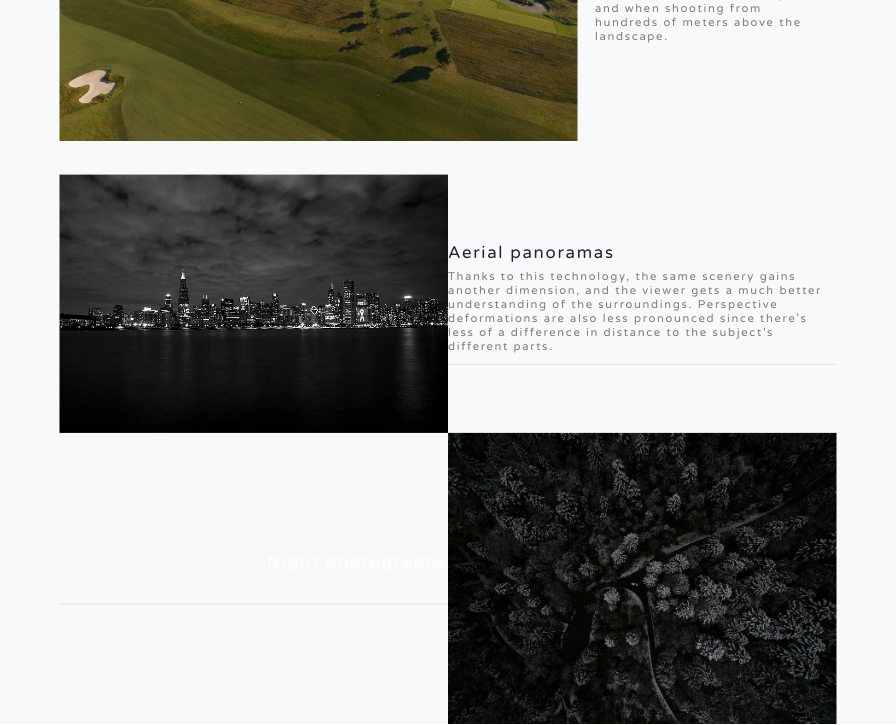
Repository: geoeskel/UCFD-Milestone-Project
Page: index.html
The author's editor kept a record of every edit. The page is drawn from the files as they stood at one moment, then again after the next edit.
The browser window is 1280 px wide. The pictures show the part of the page from y = 2098 to 4018 px (the page is 3133 px tall before and 4339 px after), at 70% of full size.
A picture or video elsewhere on the page could not be fetched, so the positions and the page height are approximate. Some web libraries are served in a nearby version.

Above is the page before.

### index.html
<!DOCTYPE html>
<html lang="en">

<head>
  <meta charset="utf-8">
  <meta name="viewport" content="width=device-width, initial-scale=1, shrink-to-fit=no">
  <title>TG Airview - Aerial Photography</title>
  <link href="css/bootstrap.min.css" rel="stylesheet">
  <link rel="stylesheet" href="https://use.fontawesome.com/releases/v5.1.1/css/all.css" integrity="sha384-O8whS3fhG2OnA5Kas0Y9l3cfpmYjapjI0E4theH4iuMD+pLhbf6JI0jIMfYcK3yZ" crossorigin="anonymous">
  <link href="https://fonts.googleapis.com/css?family=Ubuntu|Varela+Round&display=swap" rel="stylesheet">
  <link href="css/style.css" rel="stylesheet">
</head>

<body id="page-top">

  <!--------------------Navigation-------------------->
  <nav class="navbar navbar-expand-lg navbar-light fixed-top" id="mainNav">
    <div class="container">
      <a class="navbar-brand js-scroll-trigger" href="#page-top">Home</a>
      <button class="navbar-toggler navbar-toggler-right" type="button" data-toggle="collapse" data-target="#navbarResponsive" aria-controls="navbarResponsive" aria-expanded="false" aria-label="Toggle navigation">
        Menu
        <i class="fas fa-bars"></i>
      </button>
      <div class="collapse navbar-collapse" id="navbarResponsive">
        <ul class="navbar-nav ml-auto">
          <li class="nav-item">
            <a class="nav-link js-scroll-trigger" href="#about">About</a>
          </li>
          <li class="nav-item">
            <a class="nav-link js-scroll-trigger" href="#services">Services</a>
          </li>
          <li class="nav-item">
            <a class="nav-link js-scroll-trigger" href="#signup">Contact</a>
          </li>
        </ul>
      </div>
    </div>
  </nav>


  <!--------------------Header-------------------->
  <header class="head-main">
    <div class="overlay"></div>
    <video playsinline="playsinline" autoplay="autoplay" muted="muted" loop="loop">
    <source src="vids/header.mp4" type="video/mp4">
  </video>
    <div class="container h-100">
      <div class="d-flex h-100 text-center align-items-center">
        <div class="w-100 text-white">
          <h1 class="display-3">TG Airview</h1>
          <h2 class="text-white-50 mx-auto mt-2 mb-5">Aerial Photography</h2>
          <a href="#about" class="btn btn-primary js-scroll-trigger">Let's Fly!</a>
        </div>
      </div>
    </div>

  </header>

  <!--------------------About-------------------->
  <section id="about" class="about-section text-center">
    <div class="container">
      <div class="row">
        <div class="col-lg-8 mx-auto">
          <h2 class="text-white mb-4">Our love for flying comes shining through!</h2>
          <p class="text-white-50">We currently work with the world's leading drone company
            <a href="https://www.dji.com/" target="_blank">DJI.</a> We combine their best technology and our design to make our every project special - not just for us but especially for you!</p>
        </div>
      </div>
      <img src="img/about.png" class="img-fluid" alt="">

    </div>
  </section>

  <!--------------------Services-------------------->
  <section id="services" class="projects-section bg-light">
    <div class="container">

      <div class="row align-items-center no-gutters mb-4 mb-lg-5">
        <div class="col-xl-8 col-lg-7">
          <img class="img-fluid mb-3 mb-lg-0" src="img/project-02.jpg" alt="">
        </div>
        <div class="col-xl-4 col-lg-5">
          <div class="featured-text text-center text-lg-left">
            <div class="first-service">
              <h4>Aerial photography</h4>
              <p class="text-black-50 mb-0">So what makes aerial photography so darn good? A great many things. First of all, it allows for a new – and extremely different – angle of shooting. There’s a huge difference in the angle of view when shooting from the ground, or even from
                a mountaintop, and when shooting from hundreds of meters above the landscape.</p>
            </div>
          </div>
        </div>
      </div>


      <div class="row justify-content-center no-gutters mb-5 mb-lg-0">
        <div class="col-lg-6">
          <img class="img-fluid" src="img/project-01.jpg" alt="">
        </div>
        <div class="col-lg-6">
          <div class="bg-black text-center h-100 project">
            <div class="d-flex h-100">
              <div class="project-text w-100 my-auto text-center text-lg-left">
                <h4 class="text-black">Aerial panoramas</h4>
                <p class="mb-0 text-black-50">Thanks to this technology, the same scenery gains another dimension, and the viewer gets a much better understanding of the surroundings. Perspective deformations are also less pronounced since there’s less of a difference in distance
                  to the subject’s different parts.</p>
                <hr class="d-none d-lg-block mb-0 ml-0">
              </div>
            </div>
          </div>
        </div>
      </div>


      <div class="row justify-content-center no-gutters">
        <div class="col-lg-6">
          <img class="img-fluid" src="img/project-03.jpg" alt="">
        </div>
        <div class="col-lg-6 order-lg-first">
          <div class="bg-black text-center h-100 project">
            <div class="d-flex h-100">
              <div class="project-text w-100 my-auto text-center text-lg-right">
                <h4 class="text-white">Night photography</h4>
                <p class="mb-0 text-white-50">Another project we're working on!</p>
                <hr class="d-none d-lg-block mb-0 mr-0">
              </div>
            </div>
          </div>
        </div>
      </div>

    </div>
  </section>


  <!--------------------Contact-------------------->
  <section id="signup" class="signup-section">
    <div class="container">

    </div>
  </section>


  <section class="contact-section bg-black">
    <div class="container">

      <div class="row">

        <div class="col-md-4 mb-3 mb-md-0">

        </div>

        <div class="col-md-4 mb-3 mb-md-0">

        </div>

        <div class="col-md-4 mb-3 mb-md-0">

        </div>

      </div>



    </div>
  </section>

  <!--------------------Footer-------------------->
  <footer class="bg-black small text-center text-white-50">
    <div class="container">

    </div>
  </footer>

  <script src="libraries/jquery.min.js"></script>
  <script src="libraries/bootstrap.bundle.min.js"></script>
  <script src="libraries/jquery.easing.min.js"></script>
  <script src="libraries/tgairview.min.js"></script>

</body>

</html>

### css/style.css
/* --------------------NAVBAR-------------------- */

#mainNav {
  min-height: 40px;
  background-color: #fff;
}

#mainNav .navbar-toggler {
  font-size: 80%;
  padding: 0.75rem;
  color: #004080;
  border: 1px solid #004080;
}

#mainNav .navbar-toggler:focus {
  outline: none;
}

#mainNav .navbar-brand {
  color: #161616;
  font-weight: 600;
  padding: .7rem 0;
}

#mainNav .navbar-nav .nav-item:hover {
  color: fade(white, 75%);
  outline: none;
  background-color: transparent;
}

#mainNav .navbar-nav .nav-item:active,
#mainNav .navbar-nav .nav-item:focus {
  outline: none;
  background-color: transparent;
}

@media (min-width: 992px) {
  #mainNav {
    padding-top: 0;
    padding-bottom: 0;
    border-bottom: none;
    background-color: transparent;
    transition: background-color 0.35s ease-in-out;
  }
  #mainNav .navbar-brand {
    padding: .5rem 0;
    color: rgba(255, 255, 255, 0.5);
  }
  #mainNav .nav-link {
    transition: none;
    padding: 2rem 1.5rem;
    color: rgba(255, 255, 255, 0.5);
  }
  #mainNav .nav-link:hover {
    color: rgba(255, 255, 255, 0.75);
  }
  #mainNav .nav-link:active {
    color: white;
  }
  #mainNav.navbar-shrink {
    background-color: #ffffff;
  }
  #mainNav.navbar-shrink .navbar-brand {
    color: #161616;
  }
  #mainNav.navbar-shrink .nav-link {
    color: #161616;
    padding: 1.5rem 1.5rem 1.25rem;
    border-bottom: 0.25rem solid transparent;
  }
  #mainNav.navbar-shrink .nav-link:hover {
    color: #161616;
  }
  #mainNav.navbar-shrink .nav-link:active {
    color: #666666;
  }
  #mainNav.navbar-shrink .nav-link.active {
    color: #161616;
    outline: none;
    border-bottom: 0.25rem solid #161616;
  }
}

/* --------------------HEADER-------------------- */

header {
  position: relative;
  background-color: black;
  height: 100vh;
  min-height: 25rem;
  width: 100%;
  overflow: hidden;
}

header video {
  position: absolute;
  top: 50%;
  left: 50%;
  min-width: 100%;
  min-height: 100%;
  width: auto;
  height: auto;
  z-index: 0;
  -ms-transform: translateX(-50%) translateY(-50%);
  -moz-transform: translateX(-50%) translateY(-50%);
  -webkit-transform: translateX(-50%) translateY(-50%);
  transform: translateX(-50%) translateY(-50%);
}

header .container {
  position: relative;
  z-index: 2;
}

header .overlay {
  position: absolute;
  top: 0;
  left: 0;
  height: 100%;
  width: 100%;
  background-color: black;
  opacity: 0.5;
  z-index: 1;
}

.container {
  font-family: 'Ubuntu', sans-serif;
  font-size: 20px;
  line-height: 20px;
  letter-spacing: 0.5rem;

}

.head-main {
  position: relative;
  width: 100%;
  height: auto;
  min-height: 35rem;
  padding: 15rem 0;
  background: linear-gradient(to bottom, rgba(22, 22, 22, 0.3) 0%, rgba(22, 22, 22, 0.7) 75%, #161616 100%), url("../img/bg-head-main.jpg");
  background-position: center;
  background-repeat: no-repeat;
  background-attachment: scroll;
  background-size: cover;
}

.head-main h1 {
  font-family: 'Ubuntu', sans-serif;
  font-size: 2.5rem;
  line-height: 2.5rem;
  letter-spacing: 0.8rem;
  background: -webkit-linear-gradient(rgba(255, 255, 255, 0.7), rgba(255, 255, 255, 0));
  -webkit-text-fill-color: transparent;
  -webkit-background-clip: text;
}

.head-main h2 {
  max-width: 20rem;
  font-size: 1rem;
}

@media (min-width: 768px) {
  .head-main h1 {
    font-size: 4rem;
    line-height: 7rem;
    }
}

@media (min-width: 992px) {
  .head-main {
    height: 100vh;
    padding: 0;
  }
  .head-main h1 {
    font-size: 6.5rem;
    line-height: 6.5rem;
    letter-spacing: 0.8rem;
  }
  .head-main h2 {
    max-width: 30rem;
    font-size: 1.25rem;
  }
}

.btn {
  box-shadow: 0 0.2rem 0.2rem 0 rgba(0, 0, 0, 0.1);
  padding: 0.75rem 1.5rem;
  font-family: 'Varela Round', sans-serif;
  font-size: 80%;
  text-transform: uppercase;
  letter-spacing: .15rem;
  border: 0;
}

.btn-primary {
  background-color: Transparent;
}

.btn-primary:hover {
  background-color: #7f7f7f;
}

.btn-primary:focus {
  background-color: #1a1a1a;
  color: white;
}

.btn-primary:active {
  background-color: #B8B8B8;
}

/* --------------------ABOUT-------------------- */

.about-section {
  padding-top: 10rem;
  background: linear-gradient(to bottom, #161616 0%, rgba(22, 22, 22, 0.9) 75%, rgba(22, 22, 22, 0.8) 100%);
  font-size: 10px;
}

.about-section p {
  margin-bottom: 5rem;
}

.row {
  height: auto;
  font-family: 'Varela Round', sans-serif;
  font-size: 80%;
  letter-spacing: 0.15rem;
  border: 0;
}

/* --------------------Services-------------------- */




.first-service {
  padding-left: 25px;
  padding-right: 25px;
}

Loaded but not shown: css/bootstrap.min.css (library); libraries/jquery.min.js (library); libraries/bootstrap.bundle.min.js (library); libraries/jquery.easing.min.js (common file); libraries/tgairview.min.js (common file)

After the next edit:
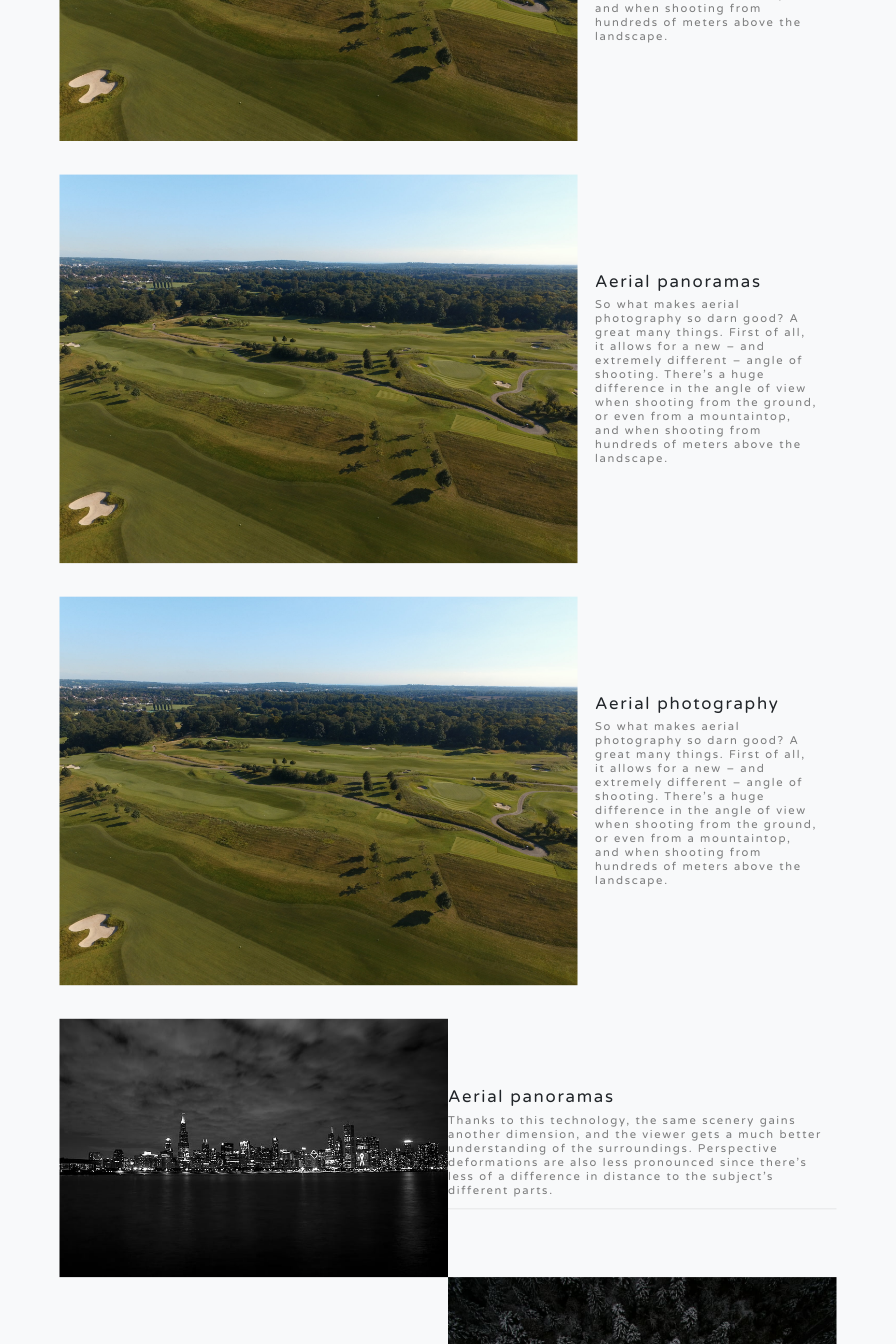
The edit:
--- a/index.html
+++ b/index.html
@@ -90,6 +90,36 @@
         </div>
       </div>
 
+      <div class="row align-items-center no-gutters mb-4 mb-lg-5">
+        <div class="col-xl-8 col-lg-7">
+          <img class="img-fluid mb-3 mb-lg-0" src="img/project-02.jpg" alt="">
+        </div>
+        <div class="col-xl-4 col-lg-5">
+          <div class="featured-text text-center text-lg-left">
+            <div class="first-service">
+              <h4>Aerial panoramas</h4>
+              <p class="text-black-50 mb-0">So what makes aerial photography so darn good? A great many things. First of all, it allows for a new – and extremely different – angle of shooting. There’s a huge difference in the angle of view when shooting from the ground, or even from
+                a mountaintop, and when shooting from hundreds of meters above the landscape.</p>
+            </div>
+          </div>
+        </div>
+      </div>
+
+      <div class="row align-items-center no-gutters mb-4 mb-lg-5">
+        <div class="col-xl-8 col-lg-7">
+          <img class="img-fluid mb-3 mb-lg-0" src="img/project-02.jpg" alt="">
+        </div>
+        <div class="col-xl-4 col-lg-5">
+          <div class="featured-text text-center text-lg-left">
+            <div class="first-service">
+              <h4>Aerial photography</h4>
+              <p class="text-black-50 mb-0">So what makes aerial photography so darn good? A great many things. First of all, it allows for a new – and extremely different – angle of shooting. There’s a huge difference in the angle of view when shooting from the ground, or even from
+                a mountaintop, and when shooting from hundreds of meters above the landscape.</p>
+            </div>
+          </div>
+        </div>
+      </div>
+
 
       <div class="row justify-content-center no-gutters mb-5 mb-lg-0">
         <div class="col-lg-6">
